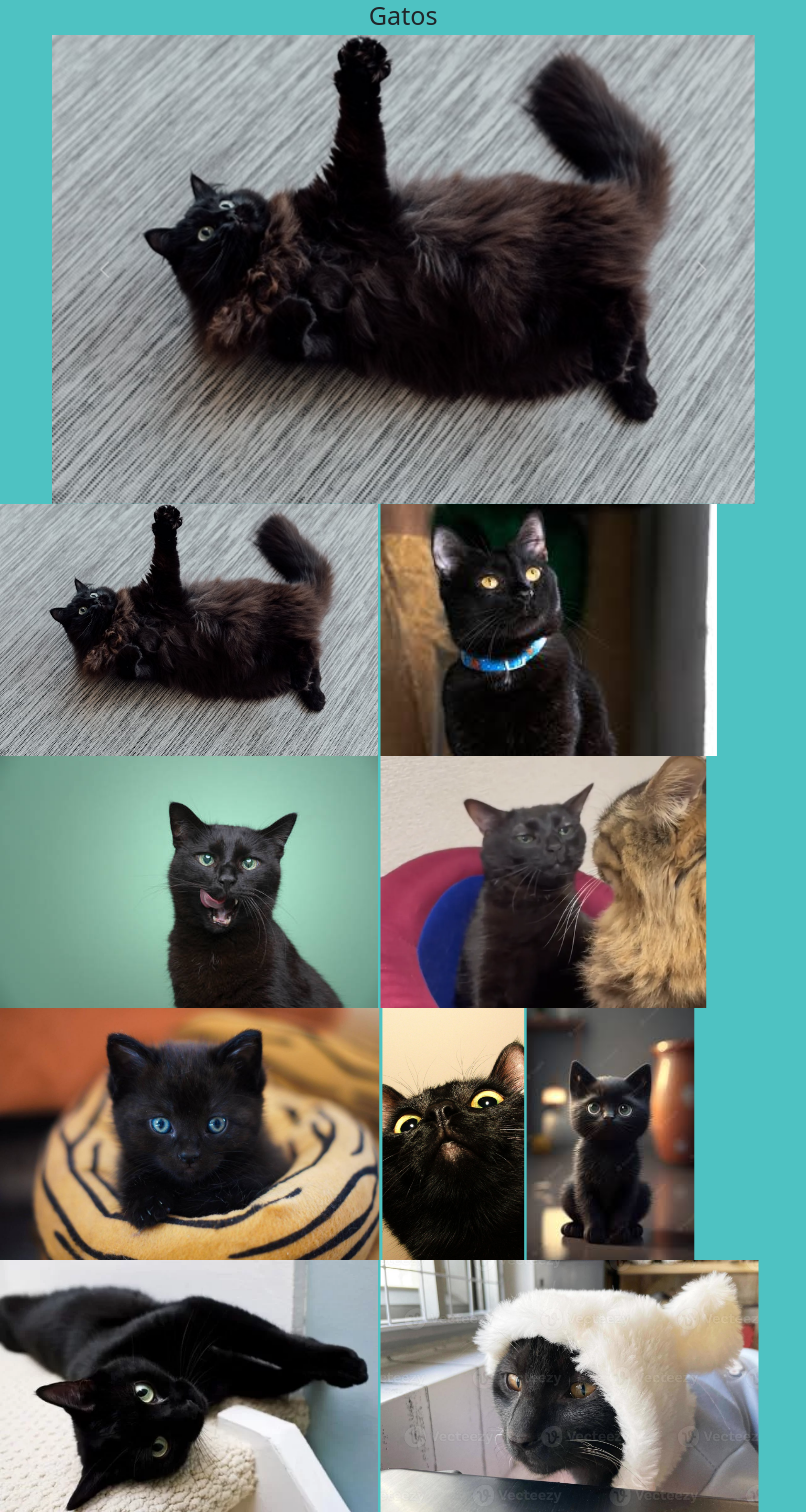
Repository: SktYzu/gatitu
Page: index.html
These files come from the project's save history. The page is drawn as it stood at one moment and after the next save; the edit follows.
The browser window is 1280 px wide. The pictures show the whole page, at 63% of full size.

Above is the page before, as saved 2023-11-27 15:56:59.

After the next save:
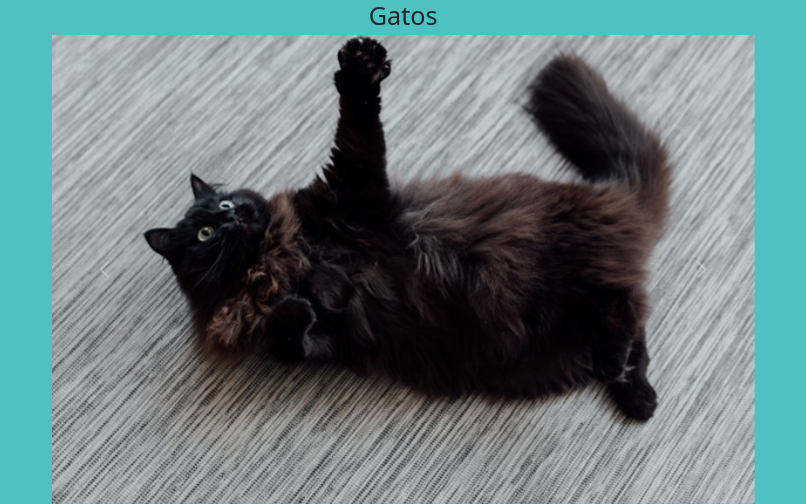
Saved 16 s later.
--- a/index.html
+++ b/index.html
@@ -67,15 +67,6 @@
         </button>
     </div>
     </div>
-    <img src="1.jpg" class="img-fluid" alt="..." height="400px">
-    <img src="2.jpg" class="img-fluid" alt="..." height="400px">
-    <img src="3.jpg" class="img-fluid" alt="..." height="400px">
-    <img src="4.jpg" class="img-fluid" alt="..." height="400px">
-    <img src="5.jpg" class="img-fluid" alt="..." height="400px">
-    <img src="6.jpg" class="img-fluid" alt="..." height="400px">
-    <img src="7.jpg" class="img-fluid" alt="..." height="400px">
-    <img src="8.jpg" class="img-fluid" alt="..." height="400px">
-    <img src="9.jpg" class="img-fluid" alt="..." height="400px">
 </body>
 
 </html>
